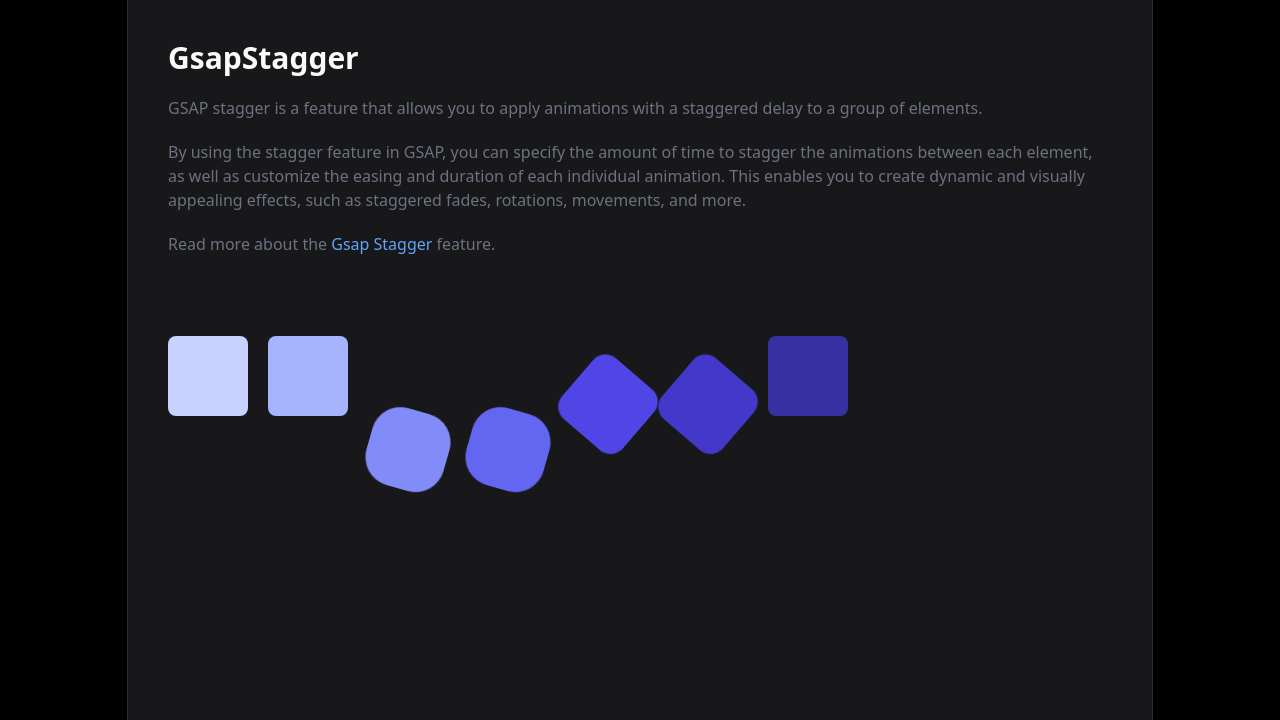
Repository: mgoyeghiaian/gsap-Starter
Page: /gsapstagger
The author's editor kept a copy of each file at every save. The page is drawn from the files as they stood at one save, then again after a run of saves.
The browser window is 1280 px wide. The pictures show the whole page.
The project was rebuilt for these pictures with package versions that can differ from the ones it lists, and the page was loaded fresh each time. Also part of the build but not shown: vite.config.js, src/pages/Home.jsx, src/pages/GsapTo.jsx, src/pages/GsapFrom.jsx, src/pages/GsapFromTo.jsx, src/pages/GsapTimeline.jsx, src/pages/GsapScrollTrigger.jsx, src/pages/GsapText.jsx.

Above is the page before, as saved 2024-03-17 23:55:19.

After the next 3 saves:
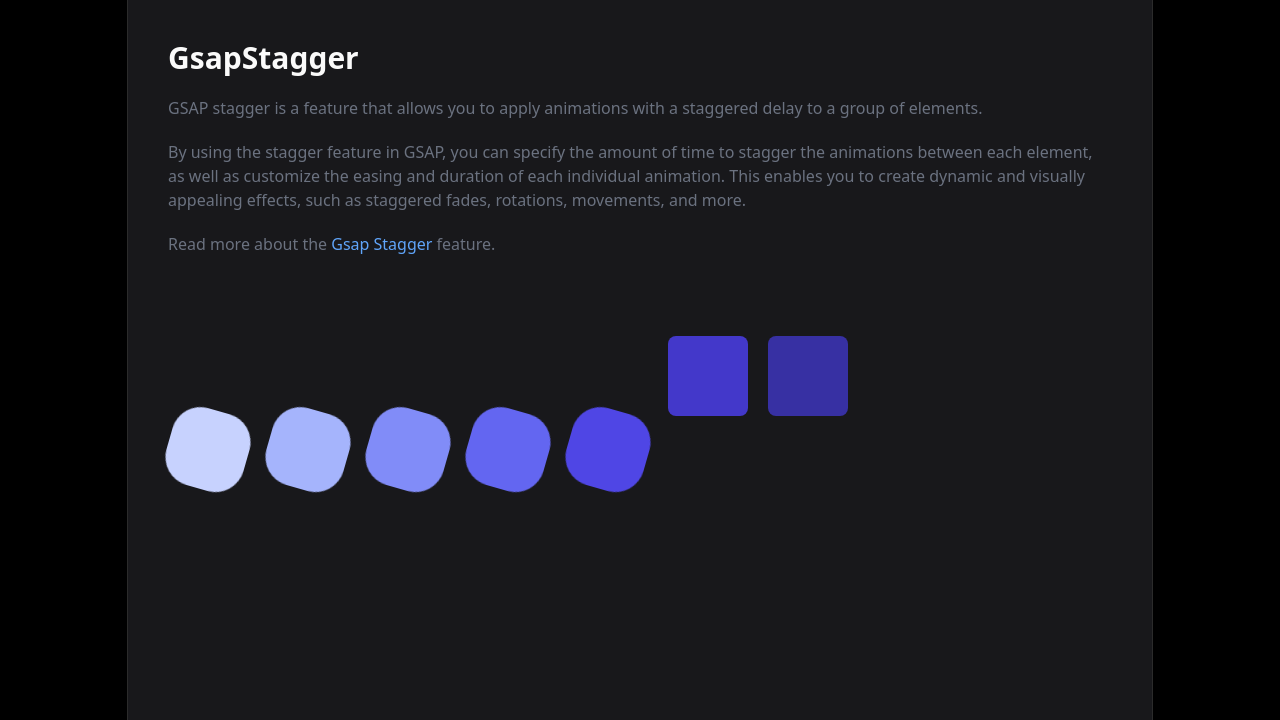
The 3 saves are shown as one change because they came seconds apart.
The last was saved 11 s later.
--- a/src/pages/GsapStagger.jsx
+++ b/src/pages/GsapStagger.jsx
@@ -13,7 +13,7 @@
       // stagger: 0.5,
       stagger: {
         amount: 0.4,
-        grid: [2, 2],
+        grid: [0,5],
         axis: 'y',
         ease: "circ.inOut",
         from: "center",
